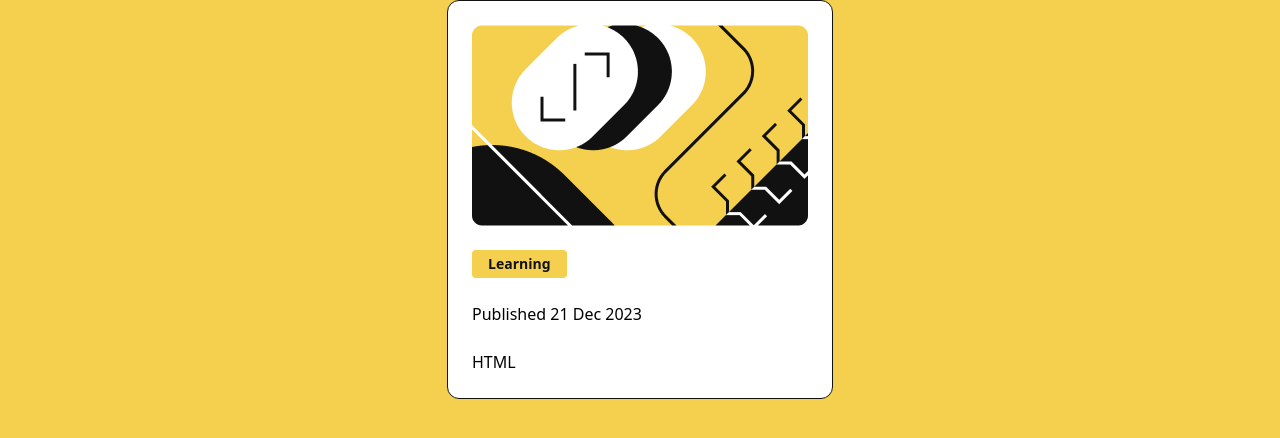
Repository: orcunelektirikci/fe-mentor-blogprev
Page: index.html
The author's editor kept a copy of each file at every save. The page is drawn from the files as they stood at one save, then again after a run of saves.
The browser window is 1280 px wide. The pictures show the whole page.
Some web libraries are served in a nearby version.

Above is the page before, as saved 2024-04-12 16:51:42.

### index.html
<!DOCTYPE html>
<html lang="en">
<head>
    <meta charset="UTF-8">
    <meta name="viewport" content="width=device-width, initial-scale=1.0">
    <title>Blog Preview</title>
    <link rel="stylesheet" href="assets/css/style.css">
    <script src="https://cdn.tailwindcss.com"></script>

</head>
<body class="bg-yellow flex items-center justify-center">

    <div class="bg-white border-[1px] rounded-xl border-black p-6 flex flex-col justify-evenly space-y-6">
        <img src="assets/img/blogimage.png" alt="">
        <button class="bg-yellow rounded font-semibold text-black text-sm py-1 px-4 max-w-min" type="button">Learning</button>
        <p class="text-md">Published 21 Dec 2023</p>
        <h2>HTML </h2>
    </div>

    <script src="/assets/js/main.js"></script>
</body>
</html>

### assets/css/style.css
@layer base {
    @font-face {
        font-family: 'Outfit';
        font-optical-sizing: auto;
        src: url('https://fonts.googleapis.com/css2?family=Figtree:ital,wght@0,300..900;1,300..900&display=swap');
    }
}

### assets/js/main.js
   tailwind.config = {
      theme: {
        fontFamily: {
          body: 'Figtree, sans-serif'
        },
        extend: {
          colors: {
            black: '#111',
            yellow: '#F4D04E',
            grey: '#7F7F7F',
            white: '#fff'
          }
        }
      }
    }

After the next 3 saves:
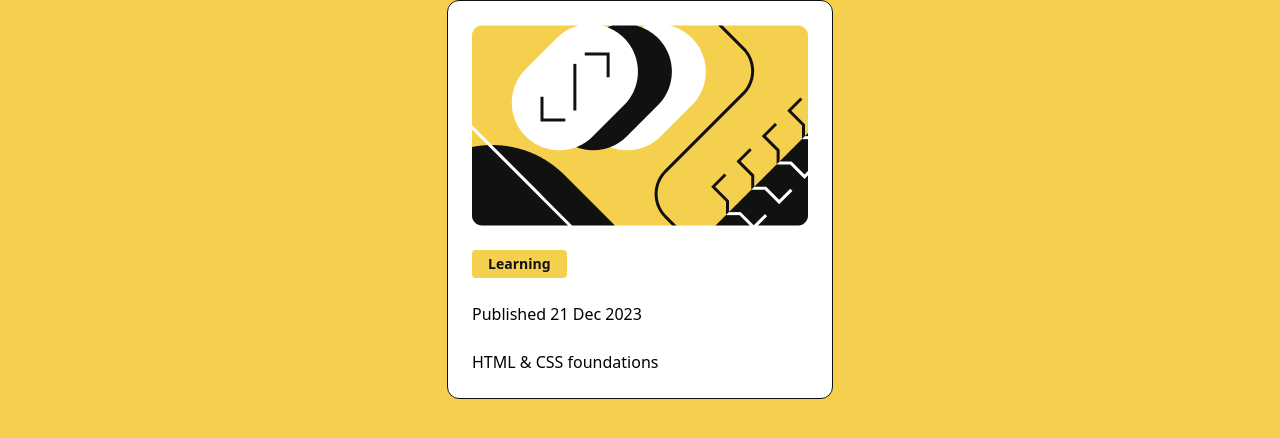
The 3 saves are shown as one change because they came seconds apart.
The last was saved 14 s later.
--- a/index.html
+++ b/index.html
@@ -14,7 +14,7 @@
         <img src="assets/img/blogimage.png" alt="">
         <button class="bg-yellow rounded font-semibold text-black text-sm py-1 px-4 max-w-min" type="button">Learning</button>
         <p class="text-md">Published 21 Dec 2023</p>
-        <h2>HTML </h2>
+        <h2 class="">HTML & CSS foundations</h2>
     </div>
 
     <script src="/assets/js/main.js"></script>
